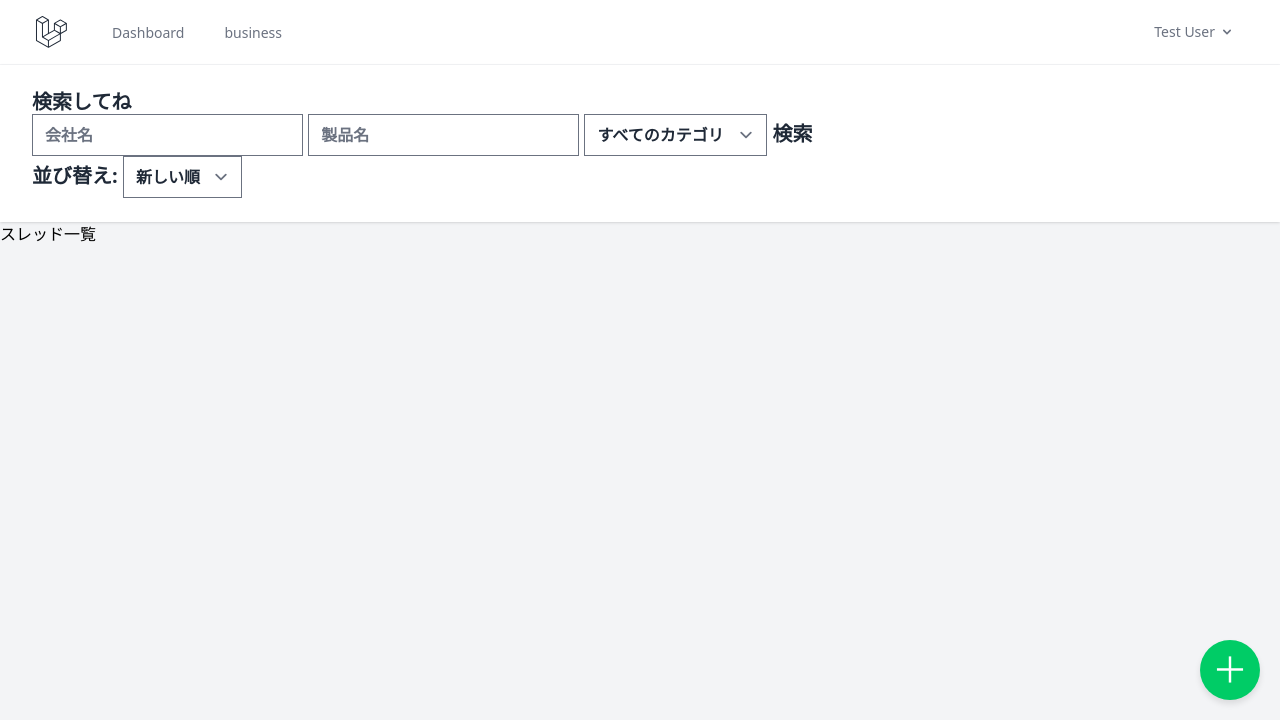
Repository: kyoko-shiraishi/Reproduce
Page: http://localhost/home
An editor plug-in stored every save of this project. The page is shown before and after the next save, followed by the edit.
The browser window is 1280 px wide. The pictures show the whole page.
Some web libraries are served in a nearby version. The page is served by the project's Laravel application, run on PHP 8.4 with Laravel 12. A made-up administrator, Test User (test@example.com), is signed in. Style sheets and scripts are compiled from the project's sources, by tool versions that may differ from the author's. Queries for data that is not in the repository find no rows.

Above is the page before, as saved 2024-10-21 12:20:04.

After the next save:
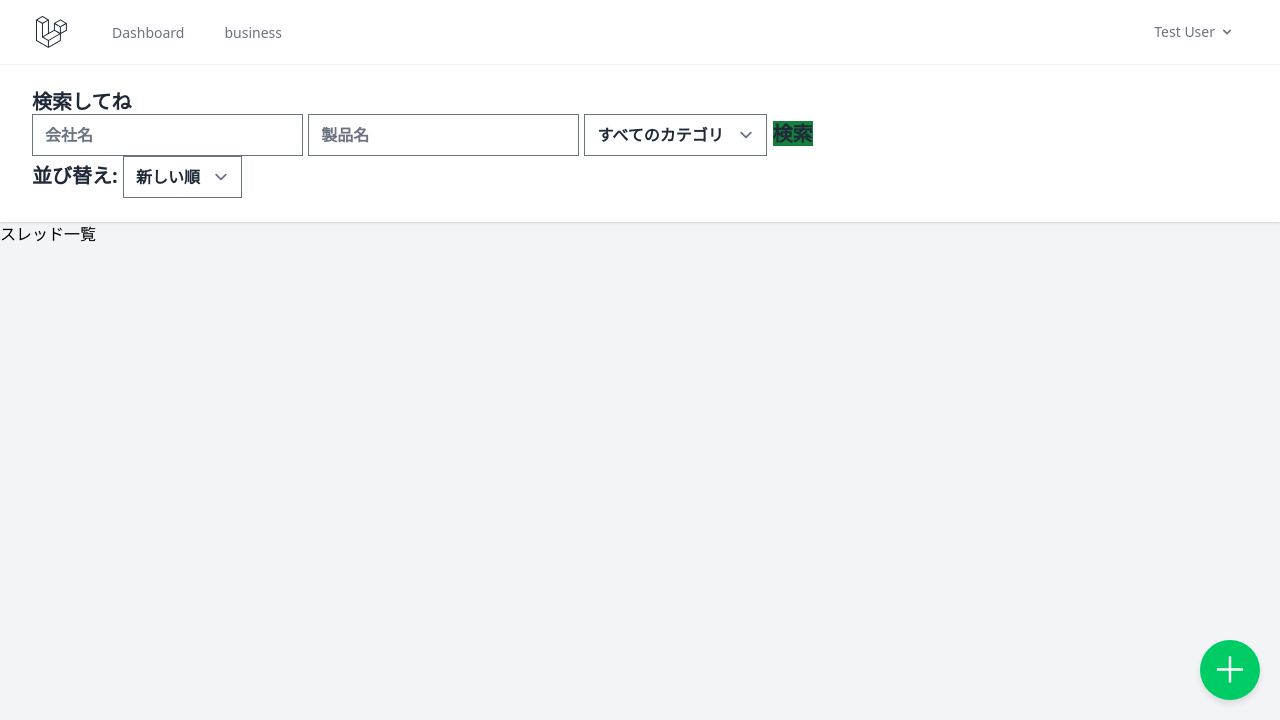
Saved 48 s later.
--- a/resources/views/please/home.blade.php
+++ b/resources/views/please/home.blade.php
@@ -15,7 +15,7 @@
                     @endforeach
                 </select>
 
-                <button type=”submit”>検索</button>
+                <button type=”submit” class="bg-green-700">検索</button>
 
                 <div class="sorting-dropdown">
                     <label for="sort">並び替え:</label>
